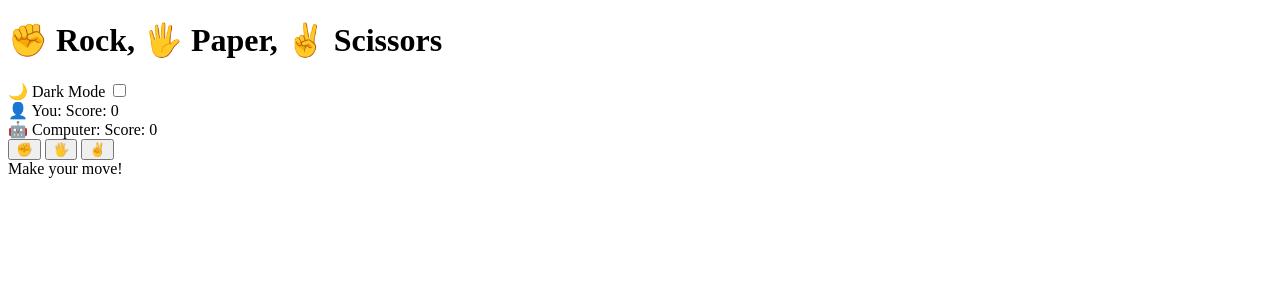
Repository: alokanand524/anand-portfolio
Page: games/rock-paper-game/index.html
An editor plug-in stored every save of this project. The page is shown before and after the next save, followed by the edit.
The browser window is 1280 px wide. The pictures show the whole page.

Above is the page before, as saved 2025-07-31 16:10:59.

### games/rock-paper-game/index.html
<!DOCTYPE html>
<html lang="en">
<head>
  <meta charset="UTF-8" />
  <meta name="viewport" content="width=device-width, initial-scale=1.0"/>
  <title>✊🖐✌ Rock Paper Scissors</title>
  <link rel="stylesheet" href="style.css" />
  <script src="https://code.jquery.com/jquery-3.6.0.min.js"></script>
</head>
<body>
  <div class="game-container">
    <h1>✊ Rock, 🖐 Paper, ✌ Scissors</h1>

    <label class="dark-toggle">
      🌙 Dark Mode
      <input type="checkbox" id="dark-toggle" />
    </label>

    <div class="scoreboard">
      <div>👤 You: <span id="player-score">0</span></div>
      <div>🤖 Computer: <span id="computer-score">0</span></div>
    </div>

    <div class="choices">
      <button class="choice" data-choice="rock">✊</button>
      <button class="choice" data-choice="paper">🖐</button>
      <button class="choice" data-choice="scissors">✌</button>
    </div>

    <div id="result">Make your move!</div>

    <audio id="win-sound" src="https://assets.mixkit.co/sfx/preview/mixkit-video-game-win-2016.mp3"></audio>
    <audio id="lose-sound" src="https://assets.mixkit.co/sfx/preview/mixkit-losing-piano-2024.mp3"></audio>
    <audio id="draw-sound" src="https://assets.mixkit.co/sfx/preview/mixkit-arcade-retro-game-over-213.wav"></audio>
  </div>

  <script src="script.js"></script>
</body>
</html>

### games/rock-paper-game/style.css
body.dark {
  background-color: #121212;
  color: #f0f0f0;
}

.button-group button {
  margin: 10px;
  padding: 10px 20px;
  font-size: 1.3rem;
  border-radius: 10px;
  cursor: pointer;
}

.result-text {
  font-size: 1.5rem;
  margin: 15px 0;
}

.history-log {
  list-style: none;
  padding: 0;
}

### games/rock-paper-game/script.js
const choices = ['🪨 Rock', '📄 Paper', '✂️ Scissors'];
const taunts = [
  "You're gonna need a bigger brain! 🧠",
  "Is that the best you can do? 😏",
  "Too easy! Try harder next time.",
  "I’ve beaten humans at chess… this is nothing! ♟️",
  "Oops! Did I do that? 🤖",
  "AI 1 - Human 0 🎯",
  "Better luck next click!",
  "I feel no remorse... just victory. 💀",
  "That's not how you win wars. 🪖",
  "Rock beats your dreams! 💥"
];

let playerScore = 0;
let computerScore = 0;
let round = 0;

function saveToLocal() {
  localStorage.setItem('rps_playerScore', playerScore);
  localStorage.setItem('rps_computerScore', computerScore);
  localStorage.setItem('rps_historyLog', $('#history-log').html());
}

function loadFromLocal() {
  if (localStorage.getItem('rps_playerScore')) {
    playerScore = parseInt(localStorage.getItem('rps_playerScore'));
    computerScore = parseInt(localStorage.getItem('rps_computerScore'));
    $('#history-log').html(localStorage.getItem('rps_historyLog'));
  }
  updateScores();
}

function updateScores() {
  $('#player-score').text(`Score: ${playerScore}`);
  $('#computer-score').text(`Score: ${computerScore}`);
}

function getResult(player, computer) {
  if (player === computer) return 'tie';
  if (
    (player === 0 && computer === 2) ||
    (player === 1 && computer === 0) ||
    (player === 2 && computer === 1)
  ) {
    return 'win';
  }
  return 'lose';
}

function playRound(playerChoice) {
  const computerChoice = Math.floor(Math.random() * 3);
  round++;

  const result = getResult(playerChoice, computerChoice);
  const aiTaunt = taunts[Math.floor(Math.random() * taunts.length)];

  let outcomeText = '';
  if (result === 'win') {
    playerScore++;
    outcomeText = `🎉 You win! ${aiTaunt}`;
  } else if (result === 'lose') {
    computerScore++;
    outcomeText = `😢 You lose! ${aiTaunt}`;
  } else {
    outcomeText = `🤝 It's a tie! ${aiTaunt}`;
  }

  $('#result').text(outcomeText);
  $('#history-log').prepend(
    `<li>Round ${round}: You chose ${choices[playerChoice]} vs ${choices[computerChoice]} → ${outcomeText}</li>`
  );

  updateScores();
  saveToLocal();
}

function setupDarkMode() {
  const toggle = $('#dark-mode-toggle');
  const darkPref = localStorage.getItem('darkMode') === 'true';
  if (darkPref) {
    $('body').addClass('dark');
    toggle.prop('checked', true);
  }

  toggle.change(function () {
    $('body').toggleClass('dark');
    localStorage.setItem('darkMode', $(this).is(':checked'));
  });
}

$(document).ready(function () {
  setupDarkMode();
  loadFromLocal();

  $('#rock-btn').click(() => playRound(0));
  $('#paper-btn').click(() => playRound(1));
  $('#scissors-btn').click(() => playRound(2));
});

After the next save:
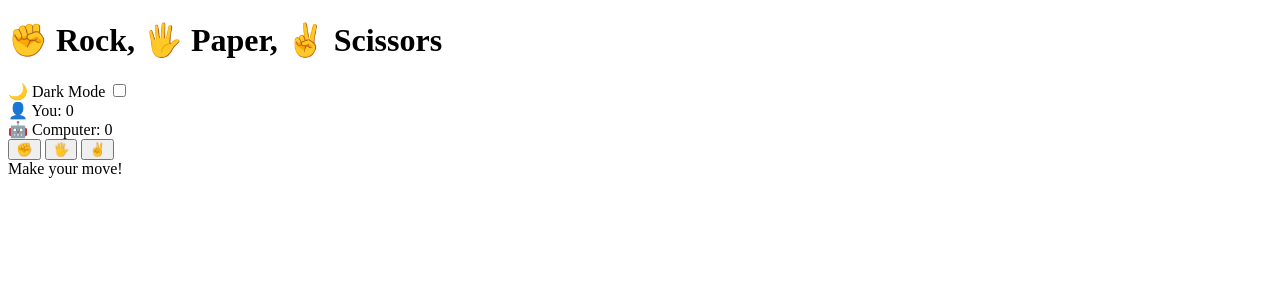
Saved 11 s later.
--- a/games/rock-paper-game/script.js
+++ b/games/rock-paper-game/script.js
@@ -1,99 +1,54 @@
-const choices = ['🪨 Rock', '📄 Paper', '✂️ Scissors'];
-const taunts = [
-  "You're gonna need a bigger brain! 🧠",
-  "Is that the best you can do? 😏",
-  "Too easy! Try harder next time.",
-  "I’ve beaten humans at chess… this is nothing! ♟️",
-  "Oops! Did I do that? 🤖",
-  "AI 1 - Human 0 🎯",
-  "Better luck next click!",
-  "I feel no remorse... just victory. 💀",
-  "That's not how you win wars. 🪖",
-  "Rock beats your dreams! 💥"
-];
+$(document).ready(function () {
+  const choices = ["rock", "paper", "scissors"];
+  let playerScore = 0;
+  let computerScore = 0;
 
-let playerScore = 0;
-let computerScore = 0;
-let round = 0;
-
-function saveToLocal() {
-  localStorage.setItem('rps_playerScore', playerScore);
-  localStorage.setItem('rps_computerScore', computerScore);
-  localStorage.setItem('rps_historyLog', $('#history-log').html());
-}
-
-function loadFromLocal() {
-  if (localStorage.getItem('rps_playerScore')) {
-    playerScore = parseInt(localStorage.getItem('rps_playerScore'));
-    computerScore = parseInt(localStorage.getItem('rps_computerScore'));
-    $('#history-log').html(localStorage.getItem('rps_historyLog'));
-  }
-  updateScores();
-}
-
-function updateScores() {
-  $('#player-score').text(`Score: ${playerScore}`);
-  $('#computer-score').text(`Score: ${computerScore}`);
-}
-
-function getResult(player, computer) {
-  if (player === computer) return 'tie';
-  if (
-    (player === 0 && computer === 2) ||
-    (player === 1 && computer === 0) ||
-    (player === 2 && computer === 1)
-  ) {
-    return 'win';
-  }
-  return 'lose';
-}
-
-function playRound(playerChoice) {
-  const computerChoice = Math.floor(Math.random() * 3);
-  round++;
-
-  const result = getResult(playerChoice, computerChoice);
-  const aiTaunt = taunts[Math.floor(Math.random() * taunts.length)];
-
-  let outcomeText = '';
-  if (result === 'win') {
-    playerScore++;
-    outcomeText = `🎉 You win! ${aiTaunt}`;
-  } else if (result === 'lose') {
-    computerScore++;
-    outcomeText = `😢 You lose! ${aiTaunt}`;
-  } else {
-    outcomeText = `🤝 It's a tie! ${aiTaunt}`;
+  function playSound(result) {
+    const soundMap = {
+      win: '#win-sound',
+      lose: '#lose-sound',
+      draw: '#draw-sound'
+    };
+    $(soundMap[result])[0].play();
   }
 
-  $('#result').text(outcomeText);
-  $('#history-log').prepend(
-    `<li>Round ${round}: You chose ${choices[playerChoice]} vs ${choices[computerChoice]} → ${outcomeText}</li>`
-  );
-
-  updateScores();
-  saveToLocal();
-}
-
-function setupDarkMode() {
-  const toggle = $('#dark-mode-toggle');
-  const darkPref = localStorage.getItem('darkMode') === 'true';
-  if (darkPref) {
-    $('body').addClass('dark');
-    toggle.prop('checked', true);
+  function getComputerChoice() {
+    const rand = Math.floor(Math.random() * 3);
+    return choices[rand];
   }
 
-  toggle.change(function () {
-    $('body').toggleClass('dark');
-    localStorage.setItem('darkMode', $(this).is(':checked'));
+  function determineWinner(player, computer) {
+    if (player === computer) return "draw";
+    if (
+      (player === "rock" && computer === "scissors") ||
+      (player === "scissors" && computer === "paper") ||
+      (player === "paper" && computer === "rock")
+    ) return "win";
+    return "lose";
+  }
+
+  $(".choice").click(function () {
+    const playerChoice = $(this).data("choice");
+    const computerChoice = getComputerChoice();
+
+    const result = determineWinner(playerChoice, computerChoice);
+    playSound(result);
+
+    if (result === "win") {
+      playerScore++;
+      $("#result").text(`✅ You win! ${playerChoice} beats ${computerChoice}`);
+    } else if (result === "lose") {
+      computerScore++;
+      $("#result").text(`❌ You lose! ${computerChoice} beats ${playerChoice}`);
+    } else {
+      $("#result").text(`🤝 It's a draw! You both chose ${playerChoice}`);
+    }
+
+    $("#player-score").text(playerScore);
+    $("#computer-score").text(computerScore);
   });
-}
 
-$(document).ready(function () {
-  setupDarkMode();
-  loadFromLocal();
-
-  $('#rock-btn').click(() => playRound(0));
-  $('#paper-btn').click(() => playRound(1));
-  $('#scissors-btn').click(() => playRound(2));
+  $("#dark-toggle").change(function () {
+    $("body").toggleClass("dark-mode");
+  });
 });
